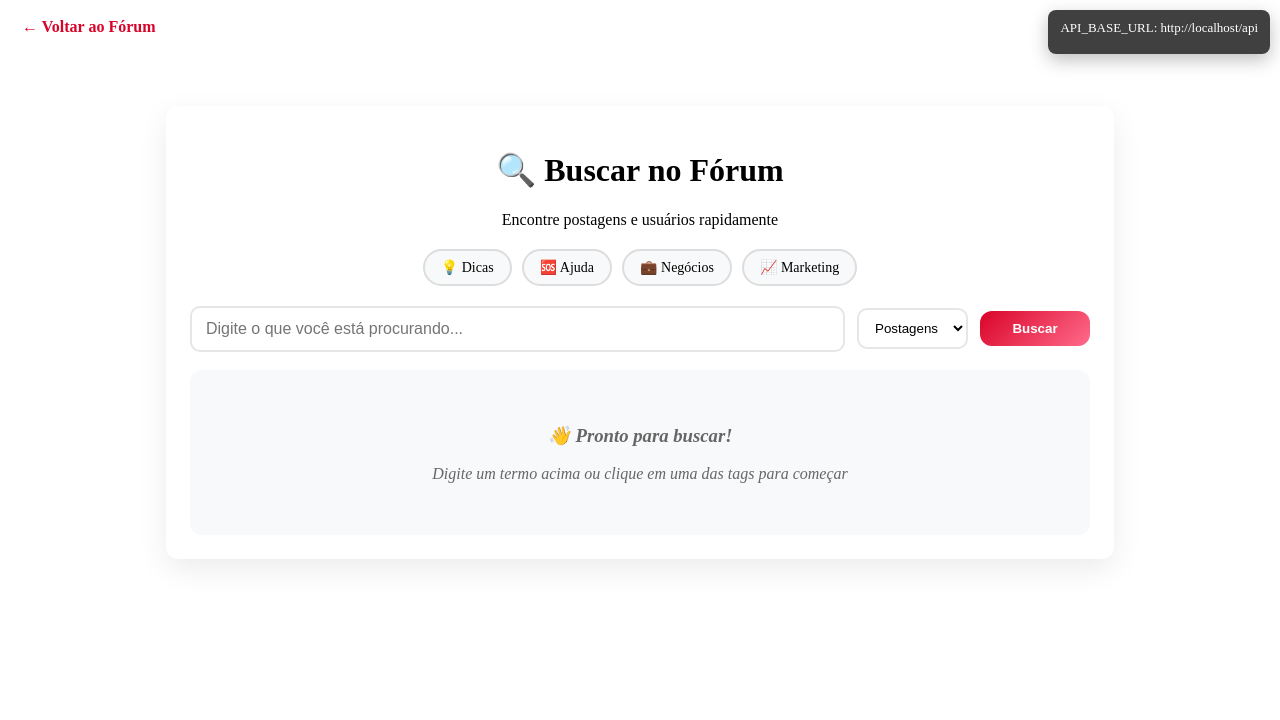
Repository: annaluizapm/MicroMidia
Page: front/HTML/busca.html
These files come from the project's save history. The page is drawn as it stood at one moment and after the next save; the edit follows.
The browser window is 1280 px wide. The pictures show the whole page.

Above is the page before, as saved 2025-10-23 11:12:07.

### front/HTML/busca.html
<!DOCTYPE html>
<html lang="pt-BR">
<head>
    <meta charset="UTF-8">
    <meta name="viewport" content="width=device-width, initial-scale=1.0">
    <title>Buscar - Micro Mídia</title>
    <link rel="stylesheet" href="../CSS/busca.css">

</head>
<body>
    <a href="forum.html" class="voltar-btn">← Voltar ao Fórum</a>

    <div class="busca-container">
        <div class="busca-header">
            <h1>🔍 Buscar no Fórum</h1>
            <p>Encontre postagens e usuários rapidamente</p>
        </div>

        <div class="busca-rapida">
            <div class="tag-busca" onclick="buscarRapida('dica')">💡 Dicas</div>
            <div class="tag-busca" onclick="buscarRapida('ajuda')">🆘 Ajuda</div>
            <div class="tag-busca" onclick="buscarRapida('negócio')">💼 Negócios</div>
            <div class="tag-busca" onclick="buscarRapida('marketing')">📈 Marketing</div>
        </div>

        <form class="busca-form" id="busca-form">
            <input
                type="text"
                id="termo-busca"
                class="busca-input"
                placeholder="Digite o que você está procurando..."
                autocomplete="off"
            >

            <select id="filtro-tipo" class="filtro-select">
                <option value="postagens">Postagens</option>
                <option value="usuarios">Usuários</option>
                <option value="todos">Todos</option>
            </select>

            <button type="submit" class="btn-buscar">Buscar</button>
        </form>

        <div id="resultados-container">
            <div class="sem-resultados">
                <h3>👋 Pronto para buscar!</h3>
                <p>Digite um termo acima ou clique em uma das tags para começar</p>
            </div>
        </div>
    </div>

    <script src="../JS/busca.js"></script>

</body>
</html>

### front/CSS/busca.css
 .busca-container {
            max-width: 900px;
            margin: 40px auto;
            padding: 24px;
            background: white;
            border-radius: 12px;
            box-shadow: 0 10px 30px rgba(0,0,0,0.08);
        }

         .busca-header {
                    text-align: center;
                    margin-bottom: 20px;
                }

         .busca-form {
                    display: flex;
                    gap: 12px;
                    margin-bottom: 18px;
                    flex-wrap: wrap;
                    align-items: center;
                }

         .busca-input {
                    flex: 1;
                    min-width: 260px;
                    padding: 12px 14px;
                    border: 2px solid #e6e6e6;
                    border-radius: 10px;
                    font-size: 16px;
                    transition: all 0.2s ease;
                }

        .busca-input:focus {
            outline: none;
            border-color: #D90429;
            box-shadow: 0 0 0 3px rgba(217, 4, 41, 0.1);
        }

         .filtro-select {
                    padding: 10px 12px;
                    border: 2px solid #e6e6e6;
                    border-radius: 10px;
                    background: white;
                    cursor: pointer;
                    transition: border-color 0.2s;
                }

        .filtro-select:focus {
            outline: none;
            border-color: #D90429;
        }

         .btn-buscar {
                    background: linear-gradient(135deg, #D90429 0%, #ff6b8a 100%);
                    color: white;
                    border: none;
                    padding: 10px 16px;
                    border-radius: 12px;
                    font-weight: 600;
                    cursor: pointer;
                    transition: all 0.2s ease;
                    min-width: 110px;
                }

        .btn-buscar:hover {
            transform: translateY(-2px);
            box-shadow: 0 6px 20px rgba(217, 4, 41, 0.4);
        }

         .resultados-info {
                    color: #666;
                    margin-bottom: 12px;
                    font-style: italic;
                }

         .resultado-item {
                    background: linear-gradient(135deg, #ffffff 0%, #f8f9fa 100%);
                    border-radius: 12px;
                    padding: 14px;
                    margin-bottom: 12px;
                    box-shadow: 0 6px 18px rgba(0,0,0,0.04);
                    border-left: 4px solid #D90429;
                    transition: transform 0.2s ease;
                }

        .resultado-item:hover {
            transform: translateY(-2px);
        }

         .resultado-header {
                    display: flex;
                    justify-content: space-between;
                    align-items: center;
                    margin-bottom: 8px;
                }

         .resultado-autor {
                    font-weight: 700;
                    color: #D90429;
                }

        .resultado-data {
            color: #666;
            font-size: 0.9em;
        }

        .resultado-conteudo {
            margin-bottom: 15px;
            line-height: 1.6;
        }

        .resultado-stats {
            display: flex;
            gap: 15px;
            color: #666;
            font-size: 0.9em;
        }

        .highlight {
            background: linear-gradient(135deg, #ffeb3b 0%, #ffc107 100%);
            padding: 2px 4px;
            border-radius: 3px;
            font-weight: 600;
        }

         .sem-resultados {
                    text-align: center;
                    color: #666;
                    font-style: italic;
                    padding: 36px 16px;
                    background: #f8f9fa;
                    border-radius: 12px;
                }

         .voltar-btn {
                    display:inline-block;
                    margin-bottom: 20px;
                    color: #D90429;
                    text-decoration: none;
                    font-weight: 600;
                    padding: 8px 12px;
                    border-radius: 8px;
                    border: 2px solid transparent;
                }

         .voltar-btn:hover {
                    background: rgba(217,4,41,0.08);
                    transform: translateY(-2px);
                    border-color: #D90429;
                }

        .busca-rapida {
            display: flex;
            gap: 10px;
            justify-content: center;
            margin-bottom: 20px;
            flex-wrap: wrap;
        }

        .tag-busca {
            background: #f8f9fa;
            border: 2px solid #ddd;
            padding: 8px 16px;
            border-radius: 20px;
            cursor: pointer;
            transition: all 0.3s;
            font-size: 14px;
        }

        .tag-busca:hover {
            background: #D90429;
            color: white;
            border-color: #D90429;
        }

### front/JS/busca.js
// Garantir que exista uma URL base para a API. Se outra parte do app definiu
// `API_BASE_URL` no escopo global (por exemplo em `script.js`), usamos ela;
// caso contrário, montamos uma URL relativa com base em `location`.
const API_BASE_URL = (function(){
    try{
        if (typeof window !== 'undefined' && window.API_BASE_URL) return window.API_BASE_URL;
    }catch(e){}
    // fallback dinâmico para `http(s)://host:port/api`
    const port = (typeof location !== 'undefined' && location.port) ? `:${location.port}` : '';
    const protocol = (typeof location !== 'undefined' && location.protocol) ? location.protocol : 'http:';
    const hostname = (typeof location !== 'undefined' && location.hostname) ? location.hostname : '127.0.0.1';
    return `${protocol}//${hostname}${port}/api`;
})();

document.addEventListener('DOMContentLoaded', () => {
    const form = document.getElementById('busca-form');
    if(form) form.addEventListener('submit', handleBusca);
    const termoInput = document.getElementById('termo-busca');
    if(termoInput) termoInput.addEventListener('input', handleBuscaTempoReal);
    // adicionar banner de debug para facilitar diagnóstico em tempo real
    try { createDebugBanner(); } catch(e){ console.warn('Não foi possível criar debug banner:', e); }
});

// Cria um pequeno banner no topo da página com informações de debug e um botão
function createDebugBanner(){
    if (document.getElementById('debug-banner')) return;
    const banner = document.createElement('div');
    banner.id = 'debug-banner';
    banner.style.position = 'fixed';
    banner.style.top = '10px';
    banner.style.right = '10px';
    banner.style.zIndex = 9999;
    banner.style.background = 'rgba(0,0,0,0.75)';
    banner.style.color = 'white';
    banner.style.padding = '10px 12px';
    banner.style.borderRadius = '8px';
    banner.style.fontSize = '13px';
    banner.style.boxShadow = '0 6px 18px rgba(0,0,0,0.25)';

    const info = document.createElement('div');
    info.style.marginBottom = '8px';
    info.innerText = `API_BASE_URL: ${API_BASE_URL}`;

    // status (pode ser atualizado pelo fluxo de busca)
    const status = document.createElement('div');
    status.id = 'debug-status';
    status.style.marginTop = '8px';
    status.style.fontSize = '12px';

    banner.appendChild(info);
    banner.appendChild(status);
    document.body.appendChild(banner);
}

        let timeoutBusca;

        // Busca em tempo real (com delay)
        function handleBuscaTempoReal() {
            clearTimeout(timeoutBusca);
            timeoutBusca = setTimeout(() => {
                const termo = document.getElementById('termo-busca').value.trim();
                if (termo.length > 2) {
                    realizarBusca(termo, document.getElementById('filtro-tipo').value);
                }
            }, 500);
        }

        // Busca ao enviar formulário
        async function handleBusca(event) {
            event.preventDefault();
            const termo = document.getElementById('termo-busca').value.trim();
            const tipo = document.getElementById('filtro-tipo').value;

            if (termo) {
                await realizarBusca(termo, tipo);
            }
        }

        // Busca rápida por tags
        function buscarRapida(termo) {
            document.getElementById('termo-busca').value = termo;
            realizarBusca(termo, 'postagens');
        }

        // Realizar busca
        async function realizarBusca(termo, tipo) {
            const container = document.getElementById('resultados-container');
            container.innerHTML = '<div class="sem-resultados"><h3>🔍 Buscando...</h3></div>';

            try {
                let resultados = [];

                if (tipo === 'postagens' || tipo === 'todos') {
                    const postagens = await buscarPostagens(termo);
                    resultados = [...resultados, ...postagens.map(p => ({...p, tipo: 'postagem'}))];
                }

                if (tipo === 'usuarios' || tipo === 'todos') {
                    const usuarios = await buscarUsuarios(termo);
                    resultados = [...resultados, ...usuarios.map(u => ({...u, tipo: 'usuario'}))];
                }

                exibirResultados(resultados, termo);

            } catch (error) {
                console.error('Erro na busca:', error);
                container.innerHTML = '<div class="sem-resultados"><h3>❌ Erro na busca</h3><p>Tente novamente em alguns segundos</p></div>';
            }
        }

        // Normaliza texto para comparação (remove acentos, transforma em minúsculas)
        function normalizeText(str){
            if(!str) return '';
            return str.normalize('NFD').replace(/\p{Diacritic}/gu, '').toLowerCase();
        }

        // Buscar postagens
        async function buscarPostagens(termo) {
            const url = `${API_BASE_URL}/postagens`;
            console.log('[busca] GET', url);
            const response = await fetch(url).catch(err => {
                console.error('[busca] Erro fetch postagens:', err);
                return null;
            });
            if (!response) return [];
            console.log('[busca] postagens status', response.status);
            if (response.ok) {
                const postagens = await response.json();
                console.log('[busca] postagens recebidas:', Array.isArray(postagens) ? postagens.length : typeof postagens);
                const termNorm = normalizeText(termo);
                return postagens.filter(p => {
                    const conteudo = normalizeText(p.conteudo || '');
                    const usuario = normalizeText(p.usuario_nome || '');
                    const categoria = normalizeText(p.categoria || '');
                    const tags = normalizeText(p.tags || '');
                    // combinar por conteúdo, autor, categoria ou tags
                    return (
                        conteudo.includes(termNorm) ||
                        usuario.includes(termNorm) ||
                        categoria.includes(termNorm) ||
                        tags.includes(termNorm)
                    );
                });
            }
            const text = await response.text().catch(()=>'');
            console.warn('[busca] resposta não OK postagens:', response.status, text.slice(0,200));
            return [];
        }

        // Buscar usuários
        async function buscarUsuarios(termo) {
            const url = `${API_BASE_URL}/usuarios`;
            console.log('[busca] GET', url);
            const response = await fetch(url).catch(err => {
                console.error('[busca] Erro fetch usuarios:', err);
                return null;
            });
            if (!response) return [];
            console.log('[busca] usuarios status', response.status);
            if (response.ok) {
                const usuarios = await response.json();
                console.log('[busca] usuarios recebidos:', Array.isArray(usuarios) ? usuarios.length : typeof usuarios);
                return usuarios.filter(u =>
                    (u.nome || '').toLowerCase().includes(termo.toLowerCase()) ||
                    (u.email || '').toLowerCase().includes(termo.toLowerCase()) ||
                    (u.bio && u.bio.toLowerCase().includes(termo.toLowerCase()))
                );
            }
            const text = await response.text().catch(()=>'');
            console.warn('[busca] resposta não OK usuarios:', response.status, text.slice(0,200));
            return [];
        }

        // Exibir resultados
        function exibirResultados(resultados, termo) {
            const container = document.getElementById('resultados-container');

            if (resultados.length === 0) {
                container.innerHTML = `
                    <div class="sem-resultados">
                        <h3>😔 Nenhum resultado encontrado</h3>
                        <p>Tente buscar por outros termos ou verifique a ortografia</p>
                    </div>
                `;
                return;
            }

            const info = `<div class="resultados-info">Encontrados ${resultados.length} resultado(s) para "${termo}"</div>`;

            const itens = resultados.map(item => {
                if (item.tipo === 'postagem') {
                    return `
                        <div class="resultado-item">
                            <div class="resultado-header">
                                <span class="resultado-autor">📝 ${item.usuario_nome || 'Usuário'}</span>
                                <span class="resultado-data">${new Date(item.criado_em).toLocaleString()}</span>
                            </div>
                            <div class="resultado-conteudo">${destacarTermo(item.conteudo, termo)}</div>
                            <div class="resultado-stats">
                                <span>❤️ ${item.curtidas || 0} curtidas</span>
                                <span>💬 ${item.comentarios || 0} comentários</span>
                            </div>
                        </div>
                    `;
                } else {
                    return `
                        <div class="resultado-item">
                            <div class="resultado-header">
                                <span class="resultado-autor">👤 ${destacarTermo(item.nome, termo)}</span>
                                <span class="resultado-data">Usuário</span>
                            </div>
                            <div class="resultado-conteudo">
                                <strong>Email:</strong> ${destacarTermo(item.email, termo)}<br>
                                ${item.bio ? `<strong>Bio:</strong> ${destacarTermo(item.bio, termo)}` : ''}
                            </div>
                        </div>
                    `;
                }
            }).join('');

            container.innerHTML = info + itens;
        }

        // Destacar termo de busca
        function destacarTermo(texto, termo) {
            if (!texto) return '';
            const regex = new RegExp(`(${termo})`, 'gi');
            return texto.replace(regex, '<span class="highlight">$1</span>');
        }

After the next save:
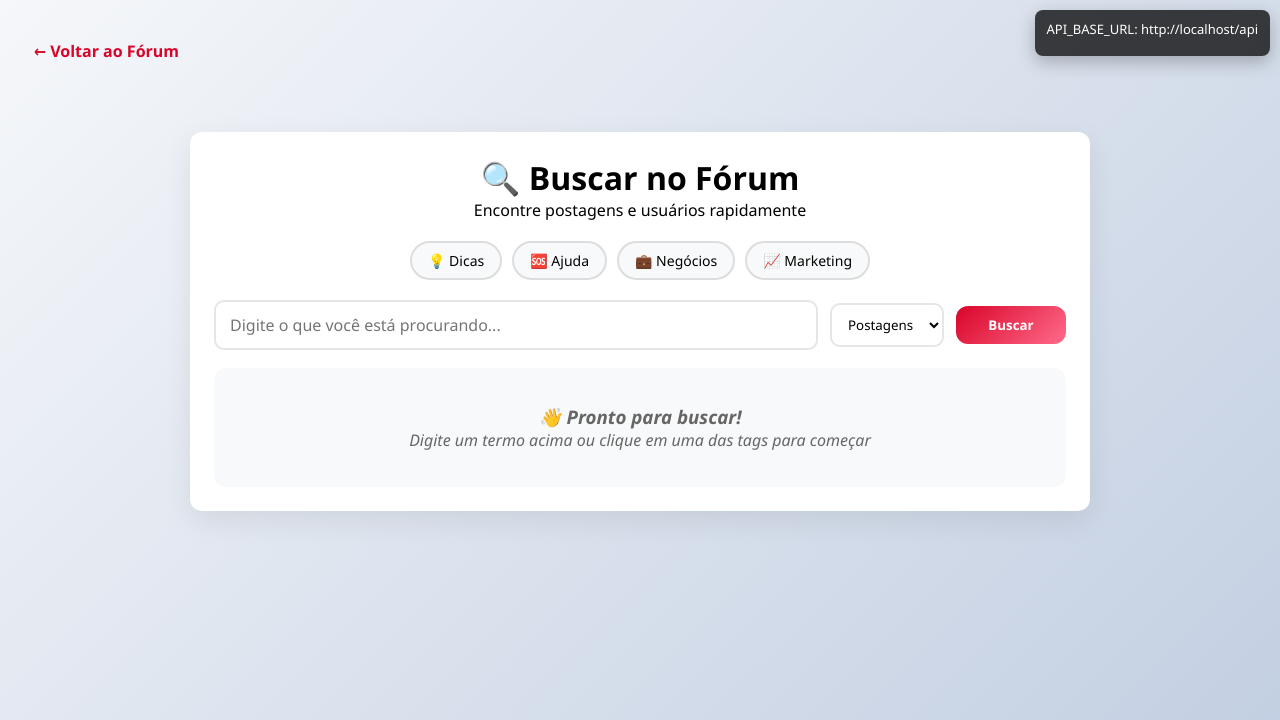
Saved 3 min 43 s later.
--- a/front/CSS/busca.css
+++ b/front/CSS/busca.css
@@ -1,11 +1,25 @@
- .busca-container {
-            max-width: 900px;
-            margin: 40px auto;
-            padding: 24px;
-            background: white;
-            border-radius: 12px;
-            box-shadow: 0 10px 30px rgba(0,0,0,0.08);
-        }
+/* Padronização de fonte e reset (mesmo padrão do site) */
+*{
+    margin:0;
+    padding:0;
+    box-sizing:border-box;
+    font-family: 'Segoe UI', Tahoma, Geneva, Verdana, sans-serif;
+}
+
+body{
+    background: linear-gradient(135deg, #f5f7fa 0%, #c3cfe2 100%);
+    min-height: 100vh;
+    padding: 30px 20px;
+}
+
+.busca-container {
+    max-width: 900px;
+    margin: 40px auto;
+    padding: 24px;
+    background: white;
+    border-radius: 12px;
+    box-shadow: 0 10px 30px rgba(0,0,0,0.08);
+}
 
          .busca-header {
                     text-align: center;
